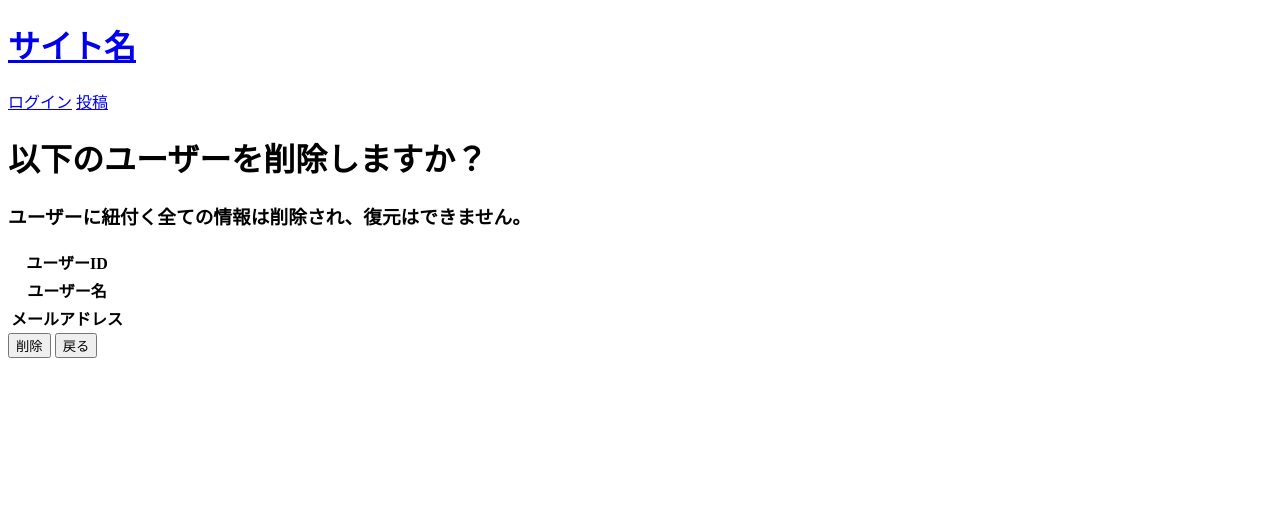
Repository: Take-01/frinob
Page: http://localhost/tktest/deleteUser.jsp
These files come from the project's save history. The page is drawn as it stood at one moment and after the next save; the edit follows.
The browser window is 1280 px wide. The pictures show the whole page.
The page is served by Tomcat 9. Other server files are loaded and not shown.

Above is the page before, as saved 2019-05-28 07:13:58.

### tktest/WebContent/deleteUser.jsp
<%@ page language="java" contentType="text/html; charset=UTF-8"
    pageEncoding="UTF-8"%>
<%@ taglib prefix="s" uri="/struts-tags" %>

<!DOCTYPE html>
<html lang="ja">
<head>
	<meta charset="UTF-8">
	<title>ユーザー削除</title>
</head>

<body>
	<jsp:include page="header.jsp"/>

	<div id="main">
		<h1>以下のユーザーを削除しますか？</h1>
		<h3>ユーザーに紐付く全ての情報は削除され、復元はできません。</h3>
		<table>
			<tr>
				<th>ユーザーID</th>
				<td><s:property value="#session.userId"/></td>
			</tr>
			<tr>
				<th>ユーザー名</th>
				<td><s:property value="#session.userName"/></td>
			</tr>
			<tr>
				<th>メールアドレス</th>
				<td><s:property value="#session.email"/></td>
			</tr>
		</table>

		<a href='<s:url action="DeleteUserConfirmAction"/>'><button>削除</button></a>
		<a href='<s:url action="MyPageAction"/>'><button>戻る</button></a>
	</div>
</body>
</html>

### tktest/WebContent/header.jsp
<%@ page language="java" contentType="text/html; charset=UTF-8"
    pageEncoding="UTF-8"%>
<%@ taglib prefix="s" uri="/struts-tags" %>

<header>
	<h1><a href='<s:url action="HomeAction"/>'>サイト名</a></h1>
	<s:if test='#session.containsKey("loggedIn") && #session.get("loggedIn").equals(1)'>
		<a href='<s:url action="MyPageAction"/>'>マイページ</a>
		<a href='<s:url action="LogoutAction"/>' id="logout">ログアウト</a>
	</s:if>
	<s:else>
		<a href='<s:url action="GoLoginAction"/>'>ログイン</a>
	</s:else>
		<a href='<s:url action="PostAction"/>'>投稿</a>
</header>

After the next save:
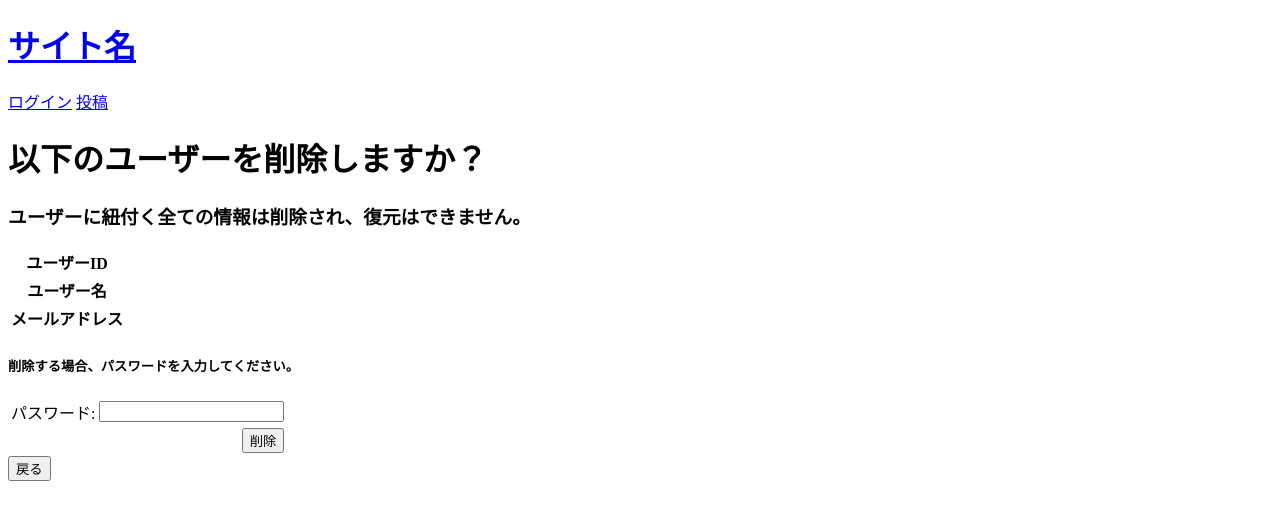
Saved 3 min 20 s later.
--- a/tktest/WebContent/deleteUser.jsp
+++ b/tktest/WebContent/deleteUser.jsp
@@ -30,7 +30,11 @@
 			</tr>
 		</table>
 
-		<a href='<s:url action="DeleteUserConfirmAction"/>'><button>削除</button></a>
+		<h5>削除する場合、パスワードを入力してください。</h5>
+		<s:form method="post" action="DeleteUserConfirmAction">
+			<s:password name="password" label="パスワード"/>
+			<s:submit value="削除"/>
+		</s:form>
 		<a href='<s:url action="MyPageAction"/>'><button>戻る</button></a>
 	</div>
 </body>
